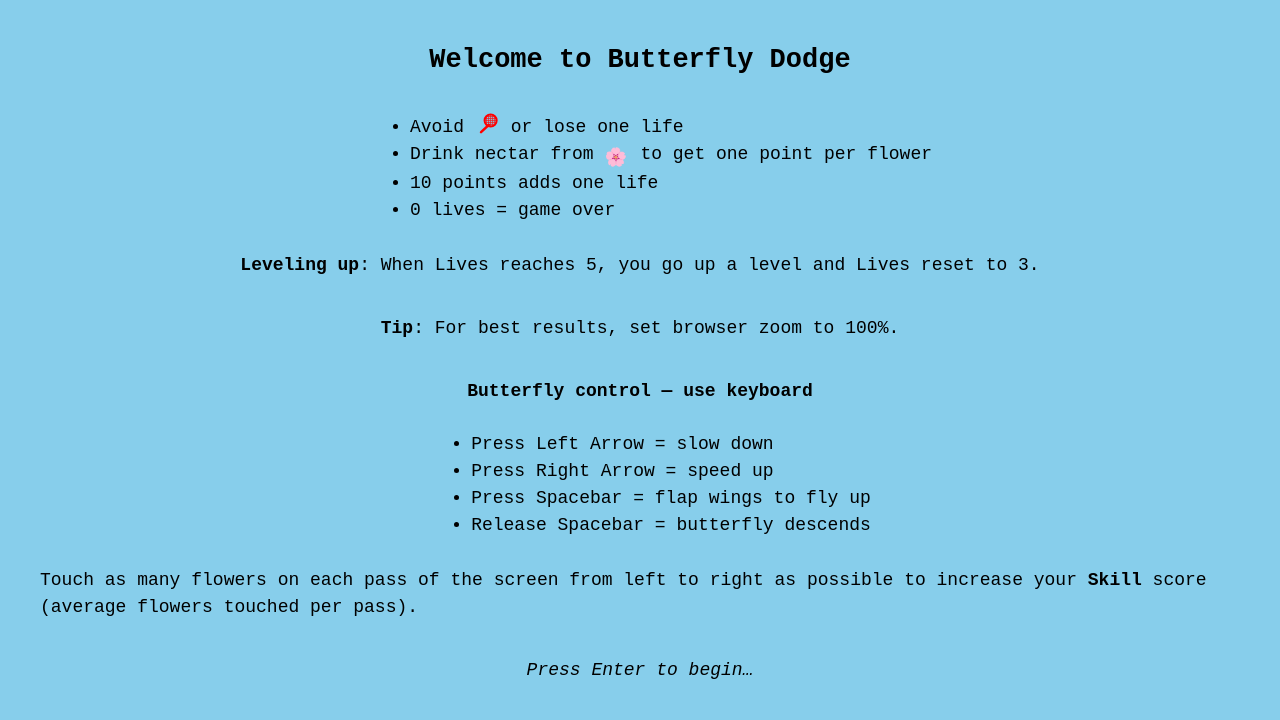
Repository: DeepFriedTurkey441/butterfly_dodge
Page: index.html
An editor plug-in stored every save of this project. The page is shown before and after the next save, followed by the edit.
The browser window is 1280 px wide. The pictures show the whole page.
An inner scrolling area shows only its first screen.

Above is the page before, as saved 2025-09-01 10:43:32.

### index.html
<!DOCTYPE html>
<html lang="en">
<head>
  <meta charset="UTF-8" />
  <meta name="viewport" content="width=device-width, initial-scale=1.0"/>
  <title>Butterfly Dodge</title>
  <link rel="preconnect" href="https://fonts.googleapis.com">
  <link rel="preconnect" href="https://fonts.gstatic.com" crossorigin>
  <link href="https://fonts.googleapis.com/css2?family=Baloo+2:wght@400;600&display=swap" rel="stylesheet">
  <link rel="stylesheet" href="style.css" />
</head>
<body>
  <!-- Parallax sky background -->
  <div id="sky" aria-hidden="true">
    <div class="cloud cloud-chicken" style="top:12%; left:-20%; animation-duration: 60s;"></div>
    <div class="cloud cloud-dino"    style="top:28%; left:-40%; animation-duration: 75s;"></div>
    <div class="cloud cloud-eggplant"style="top:52%; left:-30%; animation-duration: 65s;"></div>
    <div class="cloud cloud-puff"    style="top:72%; left:-50%; animation-duration: 80s;"></div>
  </div>
  <!-- Instructions screen (visible on first load only) -->
  <div id="instructions">
    <h2>Welcome to Butterfly Dodge</h2>
    <ul class="intro-bullets">
      <li>Avoid
        <span class="ico" aria-hidden="true">
          <svg viewBox="0 0 100 100" xmlns="http://www.w3.org/2000/svg">
            <!-- Hoop -->
            <circle cx="62" cy="38" r="24" fill="none" stroke="red" stroke-width="8"/>
            <!-- Mesh inside the hoop (simple grid clipped to circle) -->
            <defs>
              <clipPath id="introNetClip"><circle cx="62" cy="38" r="24"/></clipPath>
            </defs>
            <g clip-path="url(#introNetClip)" stroke="red" stroke-width="3" opacity="0.9">
              <path d="M38 22 H86 M38 30 H86 M38 38 H86 M38 46 H86 M38 54 H86"/>
              <path d="M46 14 V62 M54 14 V62 M62 14 V62 M70 14 V62 M78 14 V62"/>
            </g>
            <!-- Handle -->
            <path d="M24 84 L55 55" stroke="red" stroke-width="10" stroke-linecap="round"/>
          </svg>
        </span>
        or lose one life
      </li>
      <li>Drink nectar from
        <span class="ico" role="img" aria-label="flower">🌸</span>
        to get one point per flower
      </li>
      <li>10 points adds one life</li>
      <li>0 lives = game over</li>
    </ul>

    <p><strong>Leveling up</strong>: When Lives reaches 5, you go up a level and Lives reset to 3.</p>
    <p><strong>Tip</strong>: For best results, set browser zoom to 100%.</p>

    <p><strong>Butterfly control — use keyboard</strong></p>
    <ul class="intro-bullets">
      <li>Press Left Arrow = slow down</li>
      <li>Press Right Arrow = speed up</li>
      <li>Press Spacebar = flap wings to fly up</li>
      <li>Release Spacebar = butterfly descends</li>
    </ul>

    <p>Touch as many flowers on each pass of the screen from left to right as possible to increase your <strong>Skill</strong> score (average flowers touched per pass).</p>
    <p><em>Press Enter to begin…</em></p>
  </div>

  <!-- Game UI (hidden until game starts) -->
  <div id="game-area" hidden>
    <div id="hud">
      <span id="score">Points: 0</span>   <span id="lives">Lives: 3</span>   <span id="level">Level: 1</span>   <span>   Mute sound:</span> <button id="mute-sfx" aria-label="Toggle sound effects" title="Toggle sound effects" tabindex="-1">🔊</button>   <span>   Music volume:</span> <input id="music-volume" type="range" min="0" max="100" value="30" />   <span id="skill">Skill: 0.000</span>
    </div>
    <!-- First-flower tutorial overlay -->
    <div id="flowermsg" hidden>
      <div class="levelup-wrap">
        <h2>Nice!</h2>
        <p>Congratulations! Your butterfly just drank some nectar from a flower.</p>
        <p>You get 1 point. 10 points = 1 extra life. 5 lives = jump up a level.</p>
        <p>Press Enter to continue…</p>
      </div>
    </div>
    <!-- Skill score tutorial overlay (level 4+ only) -->
    <div id="skillmsg" hidden>
      <div class="levelup-wrap">
        <h2>Skill Score Explained!</h2>
        <p>See the <strong>Skill</strong> score at the top? That's the average number of flowers you're touching per pass from left to right across the screen.</p>
        <p>If this ever reaches <strong>8.000 or higher</strong>, you'll get a powerful surprise! 🦋✨</p>
        <p>Press Enter to continue…</p>
      </div>
    </div>
    <!-- Learn-to-fly tutorial overlay -->
    <div id="learnmsg" hidden>
      <div class="levelup-wrap">
        <h2>Learn to Fly</h2>
        <p>Press and hold <strong>Space</strong> to flap up. Release to glide down.</p>
        <p>Collect flowers and practice your control. Press <strong>Enter</strong> to begin.</p>
      </div>
    </div>
    <!-- Super timer badge (shown only during super mode) -->
    <div id="super-timer" hidden>15</div>
    <!-- Level-up announcement overlay -->
    <div id="levelup" hidden>
      <div class="levelup-wrap">
        <h2>Level Up!</h2>
        <p>You reached Level <span id="levelup-num">2</span>.</p>
        <p id="levelup-details">Clouds now bump you to a random spot. Watch out!</p>
        <p>Press Enter to continue…</p>
      </div>
    </div>
    <!-- Super Butterfly announcement overlay -->
    <div id="supermsg" hidden>
      <div class="levelup-wrap">
        <h2>Super Butterfly!</h2>
        <p id="supermsg-text">Congrats! You're now a super butterfly for the next 15 seconds.</p>
        <p>While super, touching a flower slides it left to the edge and your pass restarts.</p>
        <p>Press Enter to continue…</p>
      </div>
    </div>
    <!-- First-net tutorial overlay -->
    <div id="netmsg" hidden>
      <div class="levelup-wrap">
        <h2>Oh no!</h2>
        <p>Your butterfly just got caught in a net.</p>
        <p>You lose 1 life. Out of lives = game over. 5 lives = jump up to a new level and start with 3 lives.</p>
        <p>Press Enter to continue…</p>
      </div>
    </div>
    <div id="game-over" hidden>
      <p>Game Over!</p>
      <p>Play again? (Y/N)</p>
      <div id="leaderboard" aria-live="polite"></div>
    </div>
    <div id="pause-message" hidden>Game Paused</div>
    <div id="butterfly"></div>
  </div>

  <script src="script.js"></script>
</body>
</html>

### style.css
:root { --u: min(1vw, 1vh); }

body {
  margin: 0;
  overflow: hidden;
  background-color: skyblue;
  font-family: 'Baloo 2', system-ui, -apple-system, Segoe UI, Roboto, Helvetica, Arial, sans-serif;
  color: black;
}

#instructions {
  position: absolute;
  top: 0;
  left: 0;
  width: 100vw;
  height: 100vh;
  background-color: skyblue;
  color: black;
  font-family: monospace;
  font-size: clamp(16px, calc(var(--u) * 2.5), 28px);
  display: flex;
  flex-direction: column;
  justify-content: center;
  align-items: center;
  padding: 40px;
  box-sizing: border-box;
  text-align: left;
  line-height: 1.5;
  overflow: auto; /* allow scroll at extreme zoom */
}

.intro-bullets { margin: 8px 0 10px 22px; }
.ico { display:inline-block; width:1.4em; height:1.4em; vertical-align:-0.25em; }
.ico svg { width:100%; height:100%; display:block; }

#game-area {
  position: relative;
  width: 100vw;
  height: 100vh;
}

#butterfly {
  position: absolute;
  font-size: calc(var(--u) * 3.3);
  left: 0;
  top: 50%;
  transform-origin: 50% 50%;
  transition: transform 120ms ease;
}

/* Super timer badge next to butterfly */
#super-timer {
  position: absolute;
  font-size: calc(var(--u) * 3);
  color: #000;
  background: transparent;
  z-index: 9000;
}
#super-timer[hidden] { display: none !important; }

.flower {
  position: absolute;
  font-size: calc(var(--u) * 4.2);
  pointer-events: none;
}

.net {
  position: absolute;
  width: calc(var(--u) * 5.5);
  height: calc(var(--u) * 5.5);
  font-size: 32px;
  color: red;
  content: 'X';
  transform-origin: center center;
}

/* HUD container - responsive row with wrapping */
#hud {
  position: absolute;
  top: 6px;
  left: 10px;
  right: 10px;
  font-size: clamp(12px, calc(var(--u) * 3), 24px);
  display: flex;
  flex-wrap: wrap;
  column-gap: 12px;
  row-gap: 4px;
  text-shadow: 0 1px 0 rgba(255,255,255,0.5), 0 2px 4px rgba(0,0,0,0.25);
}

/* Place Skill at the end of the row; it will wrap if space is tight */
#skill {
  margin-left: auto;
  padding-left: 12px;
}

#mute-btn {
  margin-left: 16px;
  font-size: 18px;
  padding: 2px 8px;
  border: none;
  background: rgba(255,255,255,0.5);
  border-radius: 6px;
  cursor: pointer;
}
 #mute-btn:focus { outline: 2px solid rgba(0,0,0,0.3); }

#mute-sfx, #mute-music {
  margin-left: 8px;
  font-size: 18px;
  padding: 2px 8px;
  border: none;
  background: rgba(255,255,255,0.5);
  border-radius: 6px;
  cursor: pointer;
}
#mute-sfx:focus, #mute-music:focus { outline: 2px solid rgba(0,0,0,0.3); }

#music-volume {
  vertical-align: middle;
  width: 120px;
  margin-left: 8px;
}

#game-over {
  position: absolute;
  top: 40%;
  width: 100%;
  text-align: center;
  font-size: calc(var(--u) * 3.3);
}
#leaderboard {
  margin-top: 12px;
  font-size: calc(var(--u) * 2.4);
}

#pause-message {
  position: absolute;
  top: 45%;
  width: 100%;
  text-align: center;
  font-size: calc(var(--u) * 3.3);
  color: black;
}

/* ✅ New rule to force-hide instructions when hidden */
#instructions[hidden] {
  display: none !important;
}

/* Level-up overlay */
#levelup {
  position: fixed;
  inset: 0;
  display: grid;
  place-items: center;
  background: rgba(0,0,0,0.35);
  z-index: 10000; /* always above clouds, nets, flowers */
}
#levelup[hidden] { display: none !important; }
.levelup-wrap {
  background: rgba(255,255,255,0.9);
  color: #0c2340;
  padding: 24px 28px;
  border-radius: 12px;
  box-shadow: 0 10px 30px rgba(0,0,0,0.2);
  text-align: center;
}

/* Super message shares same overlay style */
#supermsg { position: fixed; inset: 0; display: grid; place-items: center; background: rgba(0,0,0,0.35); z-index: 10000; }
#supermsg[hidden] { display: none !important; }
/* Flower and net overlays share style */
#flowermsg { position: fixed; inset: 0; display: grid; place-items: center; background: rgba(0,0,0,0.35); z-index: 10000; }
#flowermsg[hidden] { display: none !important; }
#netmsg { position: fixed; inset: 0; display: grid; place-items: center; background: rgba(0,0,0,0.35); z-index: 10000; }
#netmsg[hidden] { display: none !important; }
/* Skill tutorial - more compact */
#skillmsg { position: fixed; inset: 0; display: grid; place-items: center; background: rgba(0,0,0,0.35); z-index: 10000; }
#skillmsg[hidden] { display: none !important; }
#skillmsg .levelup-wrap {
  padding: 16px 20px;
  max-width: 400px;
  font-size: 0.9em;
}

/* Learn to fly overlay shares same style */
#learnmsg { position: fixed; inset: 0; display: grid; place-items: center; background: rgba(0,0,0,0.35); z-index: 10000; }
#learnmsg[hidden] { display: none !important; }

/* Parallax sky */
#sky {
  position: fixed;
  inset: 0;
  overflow: hidden;
  z-index: -1;
  background: linear-gradient(#90d7f5, #8cd0f0);
}
.cloud {
  position: absolute;
  width: calc(var(--u) * 16);
  height: calc(var(--u) * 8);
  filter: blur(0.4px);
  animation: drift linear infinite;
  background-repeat: no-repeat;
  background-size: 100% 100%;
  border-radius: 50% / 40%;
  /* Soft oval mask to remove any straight edges from the bounding box */
  -webkit-mask-image: radial-gradient(ellipse at 50% 50%, #000 68%, transparent 70%);
          mask-image: radial-gradient(ellipse at 50% 50%, #000 68%, transparent 70%);
  pointer-events: none;
}
/* Pause cloud animation when game is paused */
.paused .cloud { animation-play-state: paused !important; }

/* Fun cloud silhouettes using CSS gradients (no images) */
.cloud-puff {
  background:
    radial-gradient(ellipse at 20% 60%, rgba(255,255,255,0.95) 0 60%, rgba(255,255,255,0) 61%),
    radial-gradient(ellipse at 45% 40%, rgba(255,255,255,0.95) 0 62%, rgba(255,255,255,0) 63%),
    radial-gradient(ellipse at 70% 55%, rgba(255,255,255,0.95) 0 58%, rgba(255,255,255,0) 59%),
    radial-gradient(ellipse at 85% 50%, rgba(255,255,255,0.9) 0 48%, rgba(255,255,255,0) 49%);
}
.cloud-chicken {
  background:
    radial-gradient(ellipse at 25% 60%, rgba(255,255,255,0.97) 0 56%, transparent 57%), /* body */
    radial-gradient(ellipse at 45% 40%, rgba(255,255,255,0.97) 0 48%, transparent 49%), /* head */
    radial-gradient(ellipse at 65% 35%, rgba(255,255,255,0.97) 0 33%, transparent 34%), /* comb */
    radial-gradient(ellipse at 18% 75%, rgba(255,255,255,0.97) 0 35%, transparent 36%); /* tail */
}
.cloud-dino {
  background:
    radial-gradient(ellipse at 30% 55%, rgba(255,255,255,0.97) 0 60%, transparent 61%), /* body */
    radial-gradient(ellipse at 55% 35%, rgba(255,255,255,0.97) 0 36%, transparent 37%), /* head */
    radial-gradient(ellipse at 60% 20%, rgba(255,255,255,0.97) 0 20%, transparent 21%), /* crest */
    radial-gradient(ellipse at 15% 70%, rgba(255,255,255,0.97) 0 26%, transparent 27%); /* tail */
}
.cloud-eggplant {
  background:
    radial-gradient(ellipse at 35% 60%, rgba(255,255,255,0.97) 0 60%, transparent 61%), /* body */
    radial-gradient(ellipse at 60% 35%, rgba(255,255,255,0.97) 0 28%, transparent 29%), /* cap */
    radial-gradient(ellipse at 75% 45%, rgba(255,255,255,0.97) 0 22%, transparent 23%); /* tip */
}

/* Level 3 winds */
.wind {
  position: absolute;
  width: calc(var(--u) * 16);
  height: calc(var(--u) * 8);
  filter: blur(0.2px);
  z-index: 0;
}
@keyframes drift {
  from { transform: translateX(0); }
  to   { transform: translateX(160vw); }
}

/* Flower pop animation on collect */
.flower.pop {
  animation: popOut 300ms ease forwards;
}
@keyframes popOut {
  0%   { transform: scale(1); opacity: 1; }
  80%  { transform: scale(1.4); opacity: 0.9; }
  100% { transform: scale(0.2); opacity: 0; }
}

/* Screen shake for hits */
.shake {
  animation: shake 150ms ease;
}
@keyframes shake {
  0% { transform: translate(0, 0); }
  25% { transform: translate(3px, -2px); }
  50% { transform: translate(-2px, 2px); }
  75% { transform: translate(2px, -1px); }
  100% { transform: translate(0, 0); }
}

/* Developer Mode Styles */
.dev-tab {
  background: none;
  border: none;
  color: #0f0;
  padding: 6px 12px;
  cursor: pointer;
  border-bottom: 2px solid transparent;
  font-family: monospace;
  font-size: 12px;
}

.dev-tab:hover {
  background: rgba(0, 255, 0, 0.1);
}

.dev-tab.active {
  border-bottom-color: #0f0;
  color: #fff;
}

.dev-tab-content {
  line-height: 1.4;
}

.dev-tab-content label {
  cursor: pointer;
  user-select: none;
}

.dev-tab-content input[type="checkbox"] {
  margin-right: 6px;
}

.dev-tab-content input[type="number"] {
  background: rgba(0, 255, 0, 0.1);
  border: 1px solid #0f0;
  color: #0f0;
  padding: 2px 4px;
  font-family: monospace;
}

.dev-tab-content button {
  background: rgba(0, 255, 0, 0.2);
  border: 1px solid #0f0;
  color: #0f0;
  padding: 4px 8px;
  cursor: pointer;
  font-family: monospace;
  font-size: 11px;
}

.dev-tab-content button:hover {
  background: rgba(0, 255, 0, 0.3);
}

Loaded but not shown: script.js (1671 lines, source omitted)

After the next save:
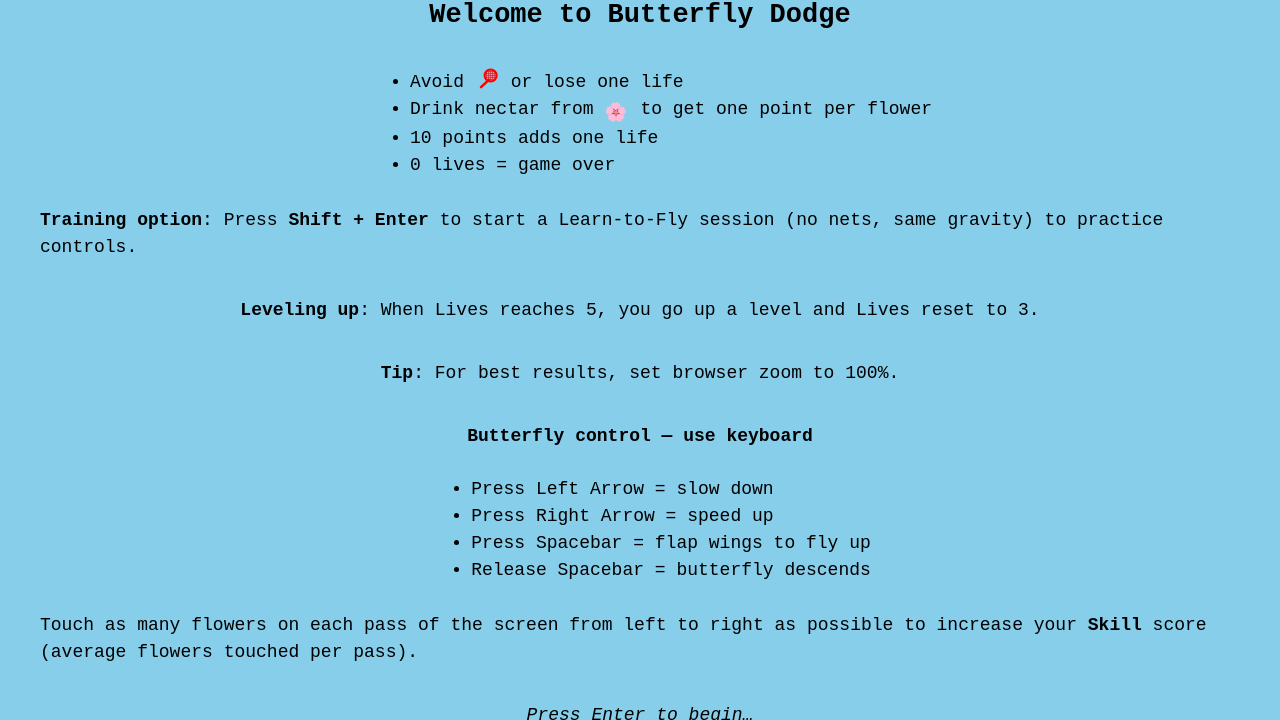
Saved 15 min 18 s later.
--- a/index.html
+++ b/index.html
@@ -48,6 +48,8 @@
       <li>0 lives = game over</li>
     </ul>
 
+    <p><strong>Training option</strong>: Press <strong>Shift + Enter</strong> to start a Learn‑to‑Fly session (no nets, same gravity) to practice controls.</p>
+
     <p><strong>Leveling up</strong>: When Lives reaches 5, you go up a level and Lives reset to 3.</p>
     <p><strong>Tip</strong>: For best results, set browser zoom to 100%.</p>
 
@@ -84,14 +86,6 @@
         <p>See the <strong>Skill</strong> score at the top? That's the average number of flowers you're touching per pass from left to right across the screen.</p>
         <p>If this ever reaches <strong>8.000 or higher</strong>, you'll get a powerful surprise! 🦋✨</p>
         <p>Press Enter to continue…</p>
-      </div>
-    </div>
-    <!-- Learn-to-fly tutorial overlay -->
-    <div id="learnmsg" hidden>
-      <div class="levelup-wrap">
-        <h2>Learn to Fly</h2>
-        <p>Press and hold <strong>Space</strong> to flap up. Release to glide down.</p>
-        <p>Collect flowers and practice your control. Press <strong>Enter</strong> to begin.</p>
       </div>
     </div>
     <!-- Super timer badge (shown only during super mode) -->
